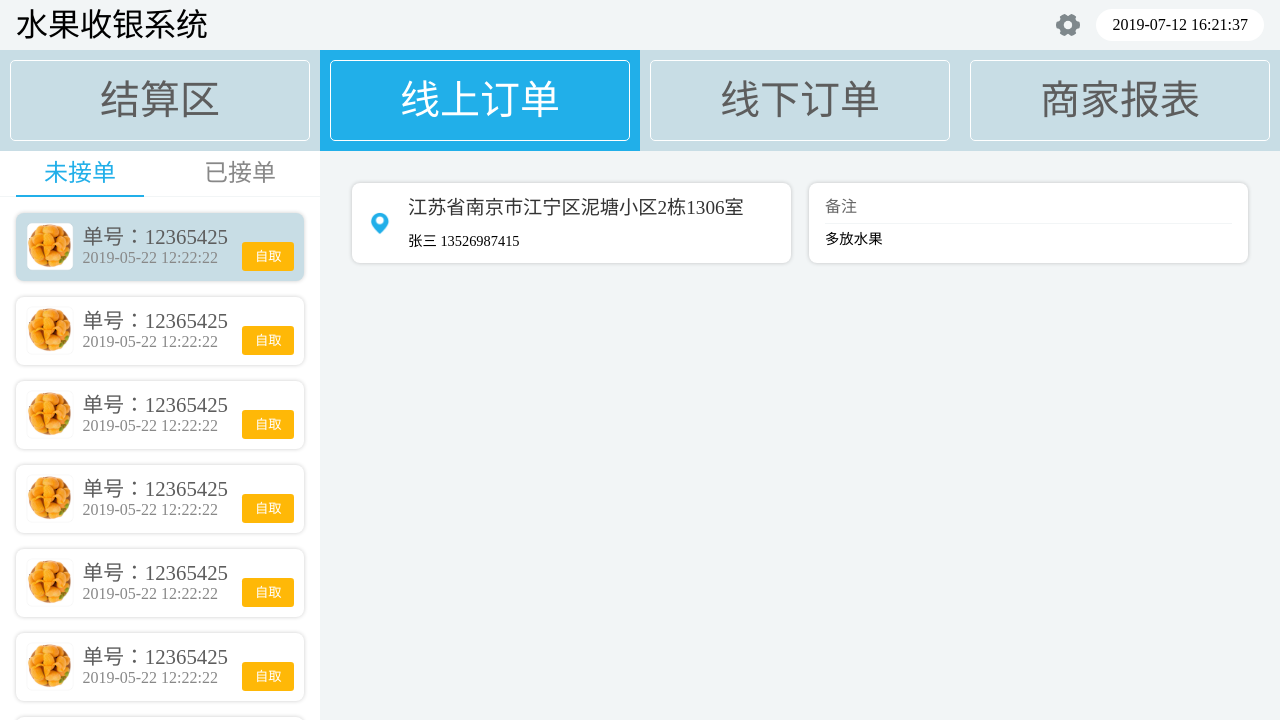
Repository: missing-star/fruit
Page: index.html
An editor plug-in stored every save of this project. The page is shown before and after the next save, followed by the edit.
The browser window is 1280 px wide. The pictures show the whole page.

Above is the page before, as saved 2019-07-12 17:06:50.

### index.html
<!DOCTYPE html>
<html lang="en">

<head>
    <meta charset="UTF-8">
    <meta name="viewport" content="width=device-width, initial-scale=1.0">
    <meta http-equiv="X-UA-Compatible" content="ie=edge">
    <title>水果收银系统</title>
    <link rel="stylesheet" href="./css/index.css">
</head>

<body>
    <div id="app">
        <header class="title-bar">
            <p class="title">水果收银系统</p>
            <div class="right-part-show">
                <img src="./images/setting.png" alt="设置" class="setting-icon">
                <p class="show-current-time">{{currentTime}}</p>
            </div>
        </header>
        <ul class="category-tab">
            <li class="category-item" :class="{active:currentIndex == 0}" @click="switchTab(0)">
                <p class="category-title">结算区</p>
            </li>
            <li class="category-item" :class="{active:currentIndex == 1}" @click="switchTab(1)">
                <p class="category-title">线上订单</p>
            </li>
            <li class="category-item" :class="{active:currentIndex == 2}" @click="switchTab(2)">
                <p class="category-title">线下订单</p>
            </li>
            <li class="category-item" :class="{active:currentIndex == 3}" @click="switchTab(3)">
                <p class="category-title">商家报表</p>
            </li>
        </ul>
        <!-- 结算区 -->
        <div v-show="currentIndex == 0" class="main-content">
            <div class="operation-wrapper">
                <ul class="goods-list-wrapper">
                    <li v-for="n in 10" class="goods-item">
                        <div class="goods-pic-wrapper">
                            <span class="delete-icon pointer"></span>
                            <img src="./images/goods.png" class="goods-pic">
                        </div>
                        <div class="goods-detail">
                            <p class="goods-title">苹果</p>
                            <p class="goods-spec">规格：12元/250g</p>
                            <p class="goods-money">
                                <span class="goods-weight">重量357g</span>
                                <span class="goods-price">
                                    <i class="money-icon black">￥</i>
                                    <i class="money-number black">18</i>
                                </span>
                            </p>
                        </div>
                    </li>
                </ul>
                <div class="calculator-scope">
                    <div class="show-total-money">
                        <p class="total-title">共4件商品</p>
                        <p class="total-money">
                            <span class="money-title">合计</span>
                            <span class="show-money">
                                <i class="money-icon blue">￥</i>
                                <i class="money-number blue">54.00</i>
                            </span>
                        </p>
                    </div>
                    <div class="operation-group">
                        <div class="left-part">
                            <button class="order-list pointer">挂单列表</button>
                            <button class="go-order pointer">挂单</button>
                        </div>
                        <button class="right-part pointer">
                            结算
                        </button>
                    </div>
                </div>
            </div>
            <div class="goods-choice-wrapper">
                <ul class="goods-category-wrapper">
                    <li @click="switchSubTab(n-1)" :class="{active:subCurrentIndex == n-1}" v-for="n in 20"
                        class="goods-category-item pointer">
                        分类
                    </li>
                </ul>
                <ul class="goods-choice-list">
                    <li v-for="n in 20" class="goods-choice-item">
                        <img src="./images/goods.png" class="goods-show-pic">
                        <p class="goods-desc">
                            <span class="goods-name">小泰芒</span>
                            <span class="price-weight">23元 / 250g</span>
                        </p>
                    </li>
                </ul>
            </div>
        </div>
        <div v-show="currentIndex == 1" class="main-content">
            <div class="operation-wrapper">
                <ul class="tab-wrapper">
                    <li @click="switchOnlineTab(0)" :class="{active:onlineCurrentIndex == 0}" class="tab-item pointer">
                        未接单</li>
                    <li @click="switchOnlineTab(1)" :class="{active:onlineCurrentIndex == 1}" class="tab-item pointer">
                        已接单</li>
                </ul>
                <div class="order-list-wrapper">
                    <ul v-show="onlineCurrentIndex == 0" class="accept-wrapper">
                        <li @click="getOrderDetail(0,n)" v-for="n in 20" class="order-item pointer"
                            :class="{active:currentOrder == n && onlineCurrentIndex == 0}">
                            <img src="./images/goods.png" class="order-goods-pic">
                            <div class="order-detail">
                                <p class="order-number">单号：12365425</p>
                                <p class="order-date">2019-05-22 12:22:22</p>
                            </div>
                            <button class="post-way self">自取</button>
                        </li>
                    </ul>
                    <ul v-show="onlineCurrentIndex == 1" class="accept-wrapper">
                        <li @click="getOrderDetail(1,n)" v-for="n in 20" class="order-item pointer"
                            :class="{active:currentOrder == n && onlineCurrentIndex == 1}">
                            <img src="./images/goods.png" class="order-goods-pic">
                            <div class="order-detail">
                                <p class="order-number">单号：12365425</p>
                                <p class="order-date">2019-05-22 12:22:22</p>
                            </div>
                            <button class="post-way post">自取</button>
                        </li>
                    </ul>
                </div>
            </div>
            <div class="order-detail-wrapper">
                <div class="user-info">
                    <div class="user-address info-part">
                        <img src="./images/location.png" class="location">
                        <div class="address-detail">
                            <p class="address">江苏省南京市江宁区泥塘小区2栋1306室</p>
                            <p class="user-detail">张三 13526987415</p>
                        </div>
                    </div>
                    <div class="user-comment info-part">
                        <p class="comment-title">备注</p>
                        <p class="user-detail">多放水果</p>
                    </div>
                </div>
            </div>
        </div>
        <div v-show="currentIndex == 2" class="main-content">

        </div>
        <div v-show="currentIndex == 3" class="main-content">

        </div>
    </div>
    <script src="https://cdn.bootcss.com/vue/2.6.10/vue.js"></script>
    <script src="./js/index.js"></script>
</body>

</html>

### css/index.css
html,body,div#app{
    height: 100%;
    background: #FFFFFF;
    min-width: 1200px;
}
body{
    font-size: calc(100vw / 19.2);
}
*{
    padding: 0;
    margin: 0;
    list-style: none;
    box-sizing: border-box;
    line-height: 100%;
    color: #000000;
    font-style: normal;
}
header.title-bar {
    background: #F2F5F6;
    padding: 1rem;
    height: 7%;
    display: flex;
    align-items: center;
    justify-content: space-between;
}
p.title {
    font-size: 2rem;
}
.right-part-show {
    display: flex;
    align-items: center;
    justify-content: space-around;
}
img.setting-icon {
    width: 1.5rem;
    margin-right: 1rem;
    cursor: pointer;
}
p.show-current-time {
    font-size: 1rem;
    background: #FFFFFF;
    padding: 0.5rem 1rem;
    border-radius: 10rem;
}
ul.category-tab {
    width: 100%;
    height: 14%;
    display: flex;
    align-items: center;
    justify-content: space-around;
    background: #C8DDE5;
}
li.category-item{
    width: 100%;
    height: 100%;
    display: flex;
    align-items: center;
    justify-content: center;
    padding: 10px;
    cursor: pointer;
}
li.category-item p.category-title {
    color: #5D5D5D;
    border: 1px solid #FFFFFF;
    border-radius: 5px;
    width: 100%;
    height: 100%;
    display: flex;
    align-items: center;
    justify-content: center;
    white-space: nowrap;
    font-size: 2.5rem;
}
li.category-item.active{
    background: #21AFE9;
}
li.category-item.active p.category-title{
    color: #FFFFFF;
}
.pointer{
    cursor: pointer;
}
.main-content {
    height: 79%;
    display: flex;
}
.operation-wrapper {
    width: 25%;
    height: 100%;
}
li.goods-item {
    height: 13vh;
    box-shadow: 0px 0px 4px 0px rgba(0,0,0,0.2);
    border-radius: 10px;
    margin: 1rem 0;
    display:flex;
}
.goods-pic-wrapper {
    position: relative;
    height: 100%;
    width: 30%;
    padding: 1rem;
}
img.goods-pic {
    width: 100%;
    height: auto;
}
ul.goods-list-wrapper {
    height: 75%;
    overflow: auto;
    padding: 0.5rem;
}
.calculator-scope {
    height: 25%;
}
span.delete-icon {
    width: 1.5rem;
    height: 1.5rem;
    background: url(../images/delete.png) no-repeat;
    background-size: 100% 100%;
    display: block;
    position: absolute;
    left: 0.5rem;
    top: 0.5rem;
}
.goods-detail {
    width: 70%;
    height: 100%;
}
p.goods-title {
    color: #000000;
    font-size: 2rem;
}
p.goods-spec {
    color: #6B6B6B;
    font-size: 1.2rem;
}
p.goods-money {
    display: flex;
    align-items: center;
    justify-content: space-between;
}
span.goods-weight {
    color: #FE7204;
    font-size: 1.5rem;
}
span.goods-price {
    font-size: 1.5rem;
}
.goods-detail {
    width: 70%;
    height: 100%;
    display: flex;
    flex-direction: column;
    justify-content: space-between;
    padding: 1rem;
}
i.money-number {
    font-size: 1.8rem;
}
i.money-icon {
    font-size: 1rem;
}
i.money-number.blue,i.money-icon.blue{
    color: #21AFE9;
}

.calculator-scope {
    border-top: 2px solid rgba(242,245,246,1);
    padding: 1rem;
}
div.show-total-money {
    background: rgba(242,245,246,1);
    display: flex;
    align-items: center;
    justify-content: space-between;
    font-size: 1.2rem;
    height: 30%;
    padding: 1rem;
    border-radius: 0.5rem;
    box-shadow:0px 1px 4px 0px rgba(0,0,0,0.2);
}
.operation-group {
    display: flex;
    align-items: center;
    justify-content: space-between;
    height: 70%;
    padding-top: 1rem;
}
p.total-title {
    color: #5D5D5D;
}
span.money-title {
    color: #333333;
}
button.order-list.pointer {
    background: #FFC639;
    outline: 0;
    border: none;
    color: #FFFFFF;
    width: 100%;
    height: 40%;
}
.left-part {
    width: 55%;
    height: 100%;
    display: flex;
    flex-direction: column;
    align-items: flex-start;
    justify-content: space-between;
}
button.order-list.pointer,button.go-order.pointer {
    border-radius: 0.5rem;
    background: #FFC639;
    outline: 0;
    border: none;
    color: #FFFFFF;
    width: 85%;
    height: 44%;
    font-size: 1.5rem;
}
button.go-order.pointer {
    background: #FF7A05;
}
.right-part {
    background: #21AFE9;
    border-radius: 0.5rem;
    color: #FFFFFF;
    font-size: 2rem;
    width: 45%;
    height: 100%;
    display: flex;
    align-items: center;
    justify-content: center;
    outline: 0;
    border:none;
}
ul.goods-category-wrapper {
    height: 100%;
    overflow: auto;
}
.goods-choice-wrapper {
    width: 75%;
    display: flex;
}
ul.goods-category-wrapper {
    width: 15%;
    height: 100%;
    overflow: auto;
}
li.goods-category-item {
    font-size: 1.5rem;
    display: flex;
    align-items: center;
    justify-content: center;
    height: 4rem;
    background: #EAEFF1;
    color: #5D5D5D;
    border-bottom: 2px solid #FFFFFF;
}
li.goods-category-item.active{
    background: #21AFE9;
    color: #FFFFFF;
}
ul.goods-choice-list {
    height: 100%;
    overflow: auto;
    width: 85%;
    background: #F2F5F6;
    display: flex;
    flex-wrap: wrap;
}
img.goods-show-pic {
    width: 100%;
}
li.goods-choice-item {
    width: 25%;
    margin: 2% calc(25% / 6);
    background: #FFFFFF;
    border-radius: 1rem;
    padding: 1rem;
}
p.goods-desc {
    display: flex;
    flex-direction: column;
    padding: 0 1rem;
}
span.goods-name {
    color: #333333;
    font-size: 2rem;
    margin-bottom: 1rem;
}
span.price-weight {
    color: #888888;
    font-size: 1.3rem;
}
ul::-webkit-scrollbar {
    height: 0;
    width: 4px;
}
ul::-webkit-scrollbar {
    width: 5px; /*对垂直流动条有效*/
    height: 0px; /*对水平流动条有效*/
}

/*定义滚动条的轨道颜色、内阴影及圆角*/
ul::-webkit-scrollbar-track{
    background-color: #FFFFFF;
    border-radius: 3px;
}


/*定义滑块颜色、内阴影及圆角*/
ul::-webkit-scrollbar-thumb{
    border-radius: 7px;
    background-color: #aaa;
}
ul.tab-wrapper{
    width: 100%;
    height: 8%;
    font-size: 1.5rem;
    display: flex;
    align-items: center;
    justify-content: space-around;
    border-bottom: 1px solid rgba(242,245,246,1);
}
li.tab-item{
    color: #888888;
    position: relative;
    width: 50%;
    text-align:center;
    height: 100%;
    display: flex;
    align-items: center;
    justify-content: center;
}
li.tab-item.active{
    color: #21AFE9;
}
li.tab-item.active:after{
    content: '';
    width: 80%;
    height: 2px;
    background: #21AFE9;
    position: absolute;
    bottom: -1px;
    left: 10%;
}
.order-list-wrapper {
    height: 92%;
}
ul.accept-wrapper {
    width: 100%;
    height: 100%;
    overflow: auto;
}
li.order-item {
    display: flex;
    align-items: center;
    justify-content: space-between;
    height: 13%;
    font-size: 1rem;
    box-shadow: 0px 0px 4px 0px rgba(0,0,0,0.2);
    border-radius: 0.5rem;
    margin: 1rem;
    padding: 0.6rem;
}
img.order-goods-pic{
    height: 100%;
}
button.post-way {
    align-self: flex-end;
    border: none;
    outline: 0;
    color: #FFFFFF;
    padding: 0.5rem 0.8rem;
    border-radius: 0.2rem;
}
button.post-way.self{
    background: #FFB807;
}
button.post-way.post{
    background: #FF7A05;
}
p.order-number {
    color: #5D5D5D;
    font-size: 1.3rem;
}
p.order-date {
    color: #888888;
    font-size: 1rem;
}
.order-detail {
    flex: 1;
    height: 85%;
    display: flex;
    align-items: flex-start;
    padding-left: 0.5rem;
    justify-content: space-around;
    flex-direction: column;
}
li.order-item.active{
    background: #C8DDE5;
}
.order-detail-wrapper {
    width: 75%;
    height: 100%;
    background: #F2F5F6;
    padding: 2rem;
}
.user-info {
    display: flex;
    align-items: center;
    justify-content: space-between;
    font-size: 1rem;
}
.info-part {
    box-shadow: 0px 0px 4px 0px rgba(0,0,0,0.2);
    border-radius: 0.5rem;
    width: 49%;
    padding: 1rem;
    height: 5rem;
    display: flex;
    align-items: center;
    background: #FFFFFF;
}
img.location{
    width: 1.5rem;
}
.address-detail{
    padding-left: 1rem;
}
p.address {
    color: #333333;
    font-size: 1.2rem;
    padding-bottom: 0.5rem;
}
p.user-detail {
    font-size: 0.9rem;
    padding-top: 0.5rem;
}
.user-comment.info-part {
    display: flex;
    flex-direction: column;
    align-items: flex-start;
}
p.comment-title {
    color: #666666;
    padding-bottom: 0.5rem;
    width: 100%;
    border-bottom: 1px solid #F2F5F6;
}

### js/index.js
new Vue({
    el: '#app',
    data: {
        currentTime: '0000-00-00 00:00:00',
        currentIndex:1,
        subCurrentIndex:0,
        onlineCurrentIndex:0,
        currentOrder:1
    },
    methods: {
        getCurrentTime: function () {
            var date = new Date();
            var year = date.getFullYear();
            var month = (date.getMonth() + 1) < 10 ? '0' + (date.getMonth() + 1) : (date.getMonth() + 1);
            var day = date.getDate() < 10 ? '0' + date.getDate() : date.getDate();
            var hour = date.getHours() < 10 ? '0' + date.getHours() : date.getHours();
            var minute = date.getMinutes() < 10 ? '0' + date.getMinutes() : date.getMinutes();
            var second = date.getSeconds() < 10 ? '0' + date.getSeconds() : date.getSeconds();
            this.currentTime = year + '-' + month + '-' + day + ' ' + hour + ':' + minute + ':' + second;
        },
        switchTab:function(index) {
            if(this.currentIndex != index) {
                this.currentIndex = index;
            }
        },
        switchSubTab:function(index) {
            if(this.subCurrentIndex != index) {
                this.subCurrentIndex = index;
            }
        },
        switchOnlineTab:function(index) {
            if(this.onlineCurrentIndex != index) {
                this.onlineCurrentIndex = index;
            }
        },
        getOrderDetail:function(onlineCurrentIndex,currentOrder) {
            if(this.onlineCurrentIndex != onlineCurrentIndex || currentOrder != this.currentOrder) {
                this.onlineCurrentIndex = onlineCurrentIndex;
                this.currentOrder = currentOrder;
            }
        }
    },
    created: function () {
        var vm = this;
        vm.getCurrentTime();
        setInterval(function(){
            vm.getCurrentTime();
        }, 1000);
    }
});

After the next save:
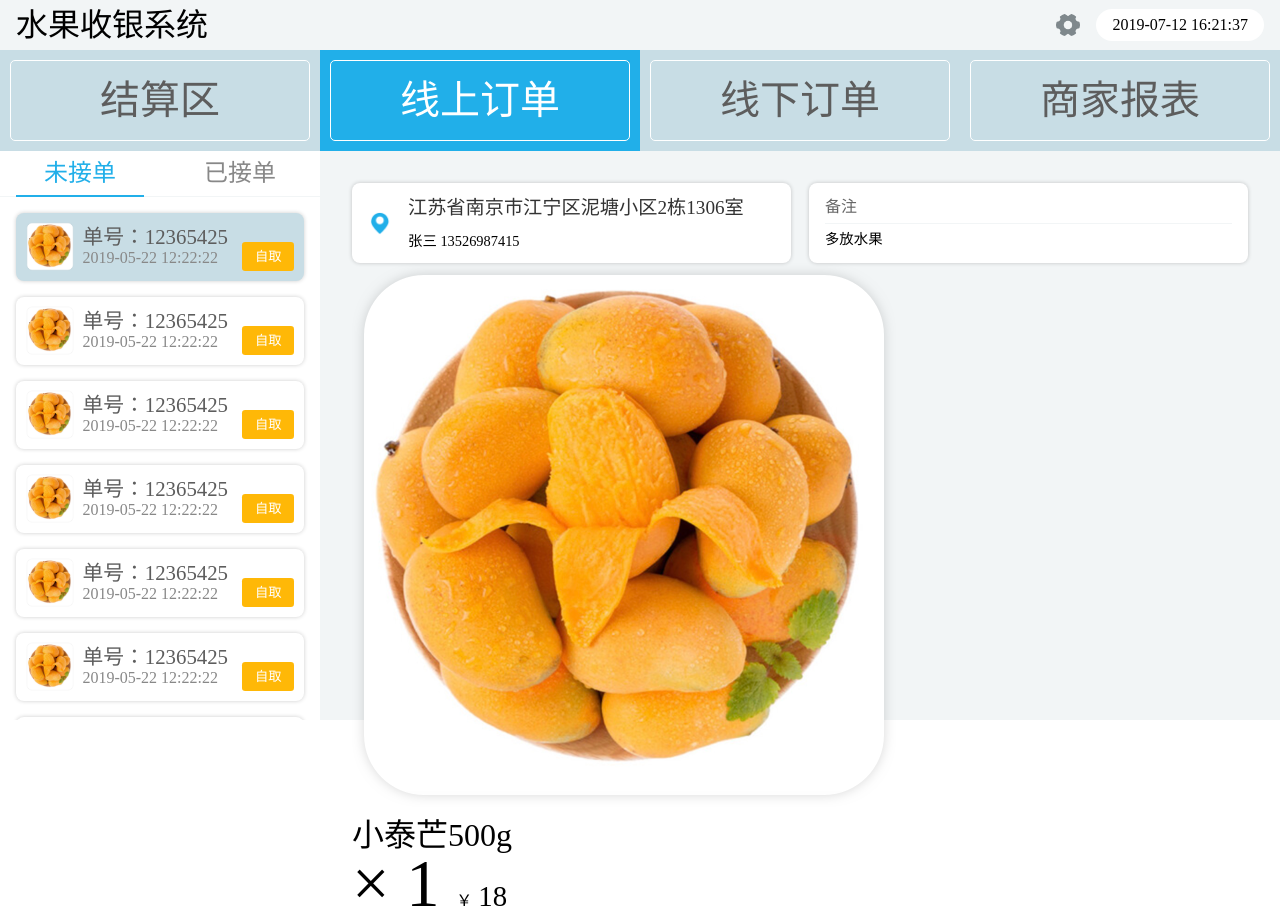
Saved 4 min 39 s later.
--- a/index.html
+++ b/index.html
@@ -141,6 +141,21 @@
                         <p class="user-detail">多放水果</p>
                     </div>
                 </div>
+                <ul class="order-detail-goods-list-wrapper">
+                    <li class="order-detail-goods-item">
+                        <img src="./images/goods.png" class="order-detail-goods-pic">
+                        <div class="order-detail-goods-detail">
+                            <p class="title">小泰芒500g</p>
+                            <p class="number-money">
+                                <span class="goods-num">× 1</span>
+                                <span class="goods-price">
+                                    <i class="money-icon black">￥</i>
+                                    <i class="money-number black">18</i>
+                                </span>
+                            </p>
+                        </div>
+                    </li>
+                </ul>
             </div>
         </div>
         <div v-show="currentIndex == 2" class="main-content">
